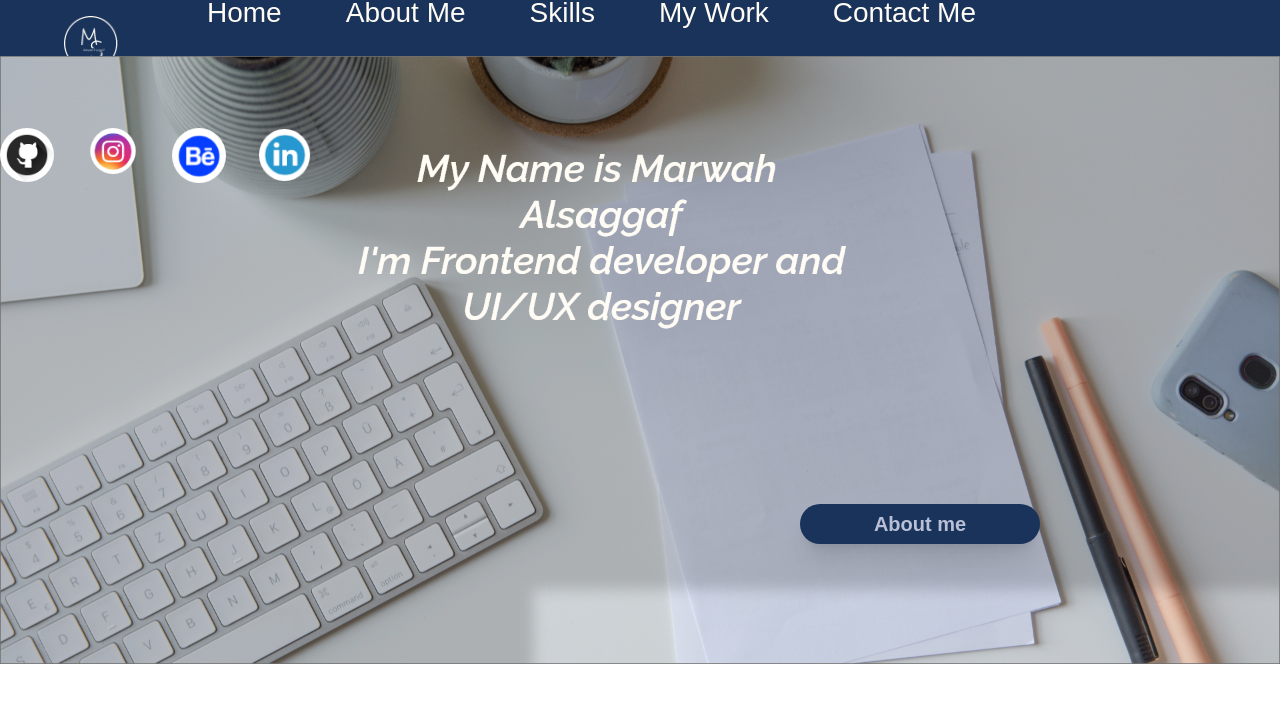
Repository: MEROO1010/my_portfolio
Page: /
An editor plug-in stored every save of this project. The page is shown before and after a run of saves, followed by the edit.
The browser window is 1280 px wide. The pictures show the whole page.
The project was rebuilt for these pictures with package versions that can differ from the ones it lists, and the page was loaded fresh each time. The framework's server and built-in components were replaced by stand-ins that run in the browser. Also part of the build but not shown: next.config.js.

Above is the page before, as saved 2023-03-10 01:33:22.

### pages/_app.tsx
import '../styles/globals.css'
import type { AppProps } from 'next/app'
import 'tailwindcss/tailwind.css'


function MyApp({ Component, pageProps }: AppProps) {
  return <Component {...pageProps} />
}

export default MyApp

### pages/index.tsx
import type { NextPage } from 'next'
import HomePage from './components/HomePage'

const Home: NextPage = () => {
  return (
    <div>
      <HomePage/>
    </div>
  )
}

export default Home

### styles/globals.css
@tailwind base;
@tailwind components;
@tailwind utilities;
@import url('https://fonts.googleapis.com/css2?family=Raleway:ital,wght@0,400;0,500;0,600;0,700;1,500;1,600&display=swap')

### pages/components/HomePage.tsx
import React from 'react'
import Image from 'next/image'


const HomePage = () => {
  return (
    <div className='bg-slate-700'>
        <Image src="/header.png" alt="Header" width={2000} height={0}/>

        <div className='mx-16 my-0 top-4  absolute	  '>
        <Image src="/my_logo_white.png" alt="My Logo" width={54} height={0}/>
        </div>

        <div>
          <ul className=' relative   float-right flex flex-col  px-8 mx-40 right-28   bottom-16   space-x-16 md:flex-row text-[#FFFCF6] text-[28px] font-raleway'>
            <li>Home</li>
            <li>About Me</li>
            <li>Skills</li>
            <li>My Work</li>
            <li>Contact Me</li>
          </ul>
        </div>


       <div className=' absolute   py-0'>
       <Image src="/assets/images/MainPage.png" alt="main image" width={1920} height={912}/>
        {/*add About Me button*/}
       <div className='absolute px-60 my-80 mx-60 left-80 top-32 '>
       <button className='bg-[#19335A] rounded-3xl w-60 h-10  text-[20px] text-[#B8BFD6] font-raleway font-semibold shadow-xl' >About me</button>
       </div>

        {/*add my others accounts list*/}

        <div>
          <ul className=' absolute   float-right flex flex-col top-14 py-4    space-x-8 md:flex-row '>
            <li><a><Image src="/assets/images/github.png" alt="main image" width={54} height={54}/></a></li>
            <li><a><Image src="/assets/images/instagram.png" alt="main image" width={54} height={54}/></a></li>
            <li><a><Image src="/assets/images/behance.png" alt="main image" width={54} height={54}/></a></li>
            <li><a><Image src="/assets/images/linkedIn.png" alt="main image" width={54} height={54}/></a></li>
          </ul>
        </div>
       </div>






    </div>
  )
}

export default HomePage

### tailwind.config.js
/** @type {import('tailwindcss').Config} */
module.exports = {
   purge: ['./pages/**/*.{js,ts,jsx,tsx}', './components/**/*.{js,ts,jsx,tsx}'],
  content: [
    './pages/**/*.{js,ts,jsx,tsx}',
    './components/**/*.{js,ts,jsx,tsx}',
    './app/**/*.{js,ts,jsx,tsx}',
  ],
  theme: {
    extend:
    {
      fontFamily: {
        'raleway': ['Raleway', 'sans-serif']
      },
    },
  },
  plugins: [],
}

After the next 4 saves:
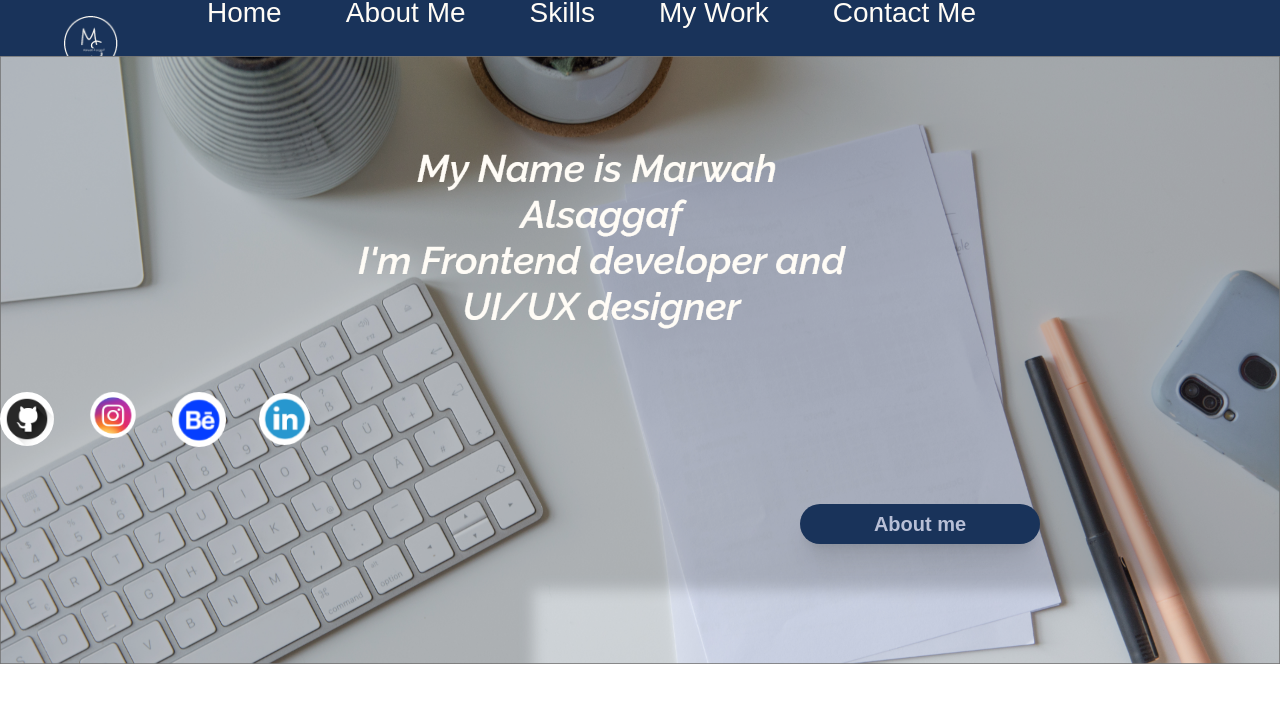
The 4 saves are shown as one change because they came seconds apart.
The last was saved 14 s later.
--- a/pages/components/HomePage.tsx
+++ b/pages/components/HomePage.tsx
@@ -32,7 +32,7 @@ const HomePage = () => {
         {/*add my others accounts list*/}
 
         <div>
-          <ul className=' absolute   float-right flex flex-col top-14 py-4    space-x-8 md:flex-row '>
+          <ul className=' absolute   float-right flex flex-col top-80 py-4    space-x-8 md:flex-row '>
             <li><a><Image src="/assets/images/github.png" alt="main image" width={54} height={54}/></a></li>
             <li><a><Image src="/assets/images/instagram.png" alt="main image" width={54} height={54}/></a></li>
             <li><a><Image src="/assets/images/behance.png" alt="main image" width={54} height={54}/></a></li>
